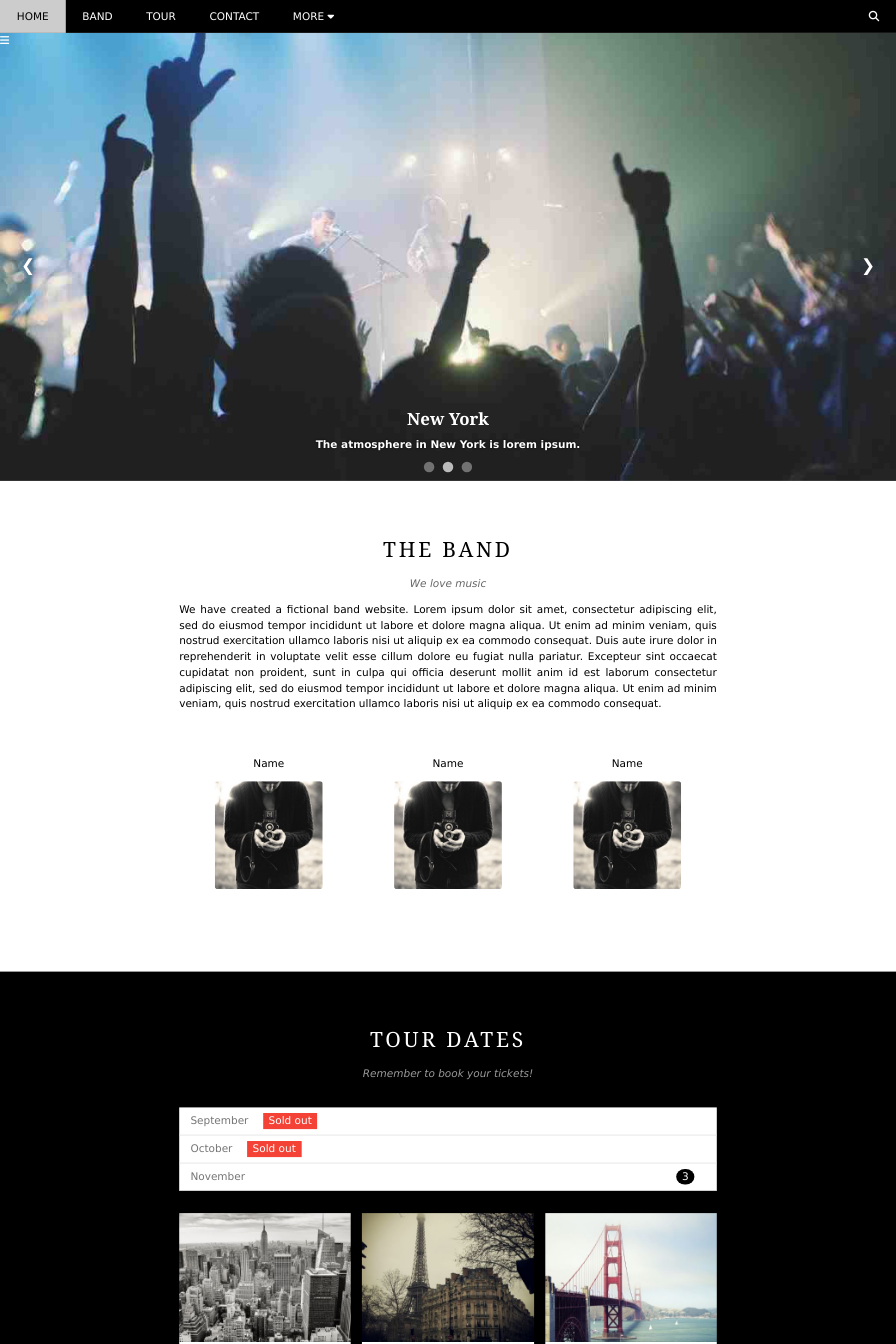
Repository: tam1512/The-Band
Page: index.html
These files come from the project's save history. The page is drawn as it stood at one moment and after the next save; the edit follows.
The browser window is 1280 px wide. The pictures show the part of the page from y = 0 to 1920 px (the page is 3641 px tall), at 70% of full size.
Empty fields were first filled with sample values (such as "Sample", 5 or name@example.com).
After loading, the first visible `div.main-menu` was clicked once.
Some web libraries are served in a nearby version.

Above is the page before, as saved 2022-07-28 11:34:55.

### index.html
<!DOCTYPE html>
<html lang="en">
  <head>
    <meta charset="UTF-8" />
    <meta http-equiv="X-UA-Compatible" content="IE=edge" />
    <meta name="viewport" content="width=device-width, initial-scale=1.0" />
    <link
      rel="stylesheet"
      href="https://cdnjs.cloudflare.com/ajax/libs/font-awesome/6.1.1/css/all.min.css"
      integrity="sha512-KfkfwYDsLkIlwQp6LFnl8zNdLGxu9YAA1QvwINks4PhcElQSvqcyVLLD9aMhXd13uQjoXtEKNosOWaZqXgel0g=="
      crossorigin="anonymous"
      referrerpolicy="no-referrer"
    />
    <link rel="stylesheet" href="./assets/css/style.css" />
    <link rel="stylesheet" href="assets/css/responsive.css">
    <title>The Band</title>
  </head>
  <body>
    <div class="container">
      <!-- header -->
      <div class="header" id="home">
        <ul class="header_nav">
          <li><a href="#">HOME</a></li>
          <li><a href="#band">BAND</a></li>
          <li><a href="#tour">TOUR</a></li>
          <li><a href="#contact">CONTACT</a></li>
          <li class="header_nav_dropdown">
            <a href="javascript:void(0)" class="dropbtn">
              MORE
              <i class="fa-solid fa-caret-down"></i>
            </a>
            <div class="dropdown-content">
              <a href="#">Merchandise</a>
              <a href="#">Extras</a>
              <a href="#">Media</a>
            </div>
          </li>
        </ul>
        <div id="header_search">
          <i class="fa-solid fa-magnifying-glass text-white"></i>
        </div>
        <div class="main-menu text-white" title="Main menu" data-choose="false">
          <i class="fa-solid fa-bars"></i>
        </div>
      </div>
      <!-- Slideshow container -->
      <div class="slider">
        <!-- Full-width image with caption text -->
        <div class="slider_slides-cont">
          <div class="slider_slide">
            <img src="assets/img/la.jpg" alt="Los Angeles" />
            <div class="text padding-32-16 text-white">
              <h3 class="fz-24 margin-10-0">Los Angeles</h3>
              <p class="margin-15-0">
                <b class="text-shadow">We had the bes time playing at Venice Beach!</b>
              </p>
            </div>
          </div>

          <div class="slider_slide">
            <img src="assets/img/ny.jpg" alt="New York" />
            <div class="text padding-32-16 text-white">
              <h3 class="fz-24 margin-10-0">New York</h3>
              <p class="margin-15-0">
                <b class="text-shadow">The atmosphere in New York is lorem ipsum.</b>
              </p>
            </div>
          </div>

          <div class="slider_slide">
            <img src="assets/img/chicago.jpg" alt="Chicago" />
            <div class="text padding-32-16 text-white">
              <h3 class="fz-24 margin-10-0">Chicago</h3>
              <p class="margin-15-0">
                <b class="text-shadow">Thank you, Chicago - A night we won't forget</b>
              </p>
            </div>
          </div>
        </div>

        <!-- The pagination/circles -->
         <div class="slider_pagination"></div>

        <!-- Next and previous buttons (navigatin slide)-->
        <a class="prev">&#10094</a>
        <a class="next">&#10095</a>
      </div>
      <div class="content">
          <div class="padding-64-16 text-center" id="band">
            <h2 class="tilte fz-30 margin-10-0">THE BAND</h2>
            <p class="margin-15-0"><i class="sub-title opacity">We love music</i></p>
            <p class="band_content margin-15-0 text-justify">We have created a fictional band website. Lorem ipsum dolor sit amet, consectetur adipiscing elit, sed do eiusmod tempor incididunt ut labore et dolore magna aliqua. Ut enim ad minim veniam, quis nostrud exercitation ullamco laboris nisi ut aliquip ex ea commodo consequat. Duis aute irure dolor in reprehenderit in voluptate velit esse cillum dolore eu fugiat nulla pariatur. Excepteur sint occaecat cupidatat non proident, sunt in culpa qui officia deserunt mollit anim id est laborum consectetur adipiscing elit, sed do eiusmod tempor incididunt ut labore et dolore magna aliqua. Ut enim ad minim veniam, quis nostrud exercitation ullamco laboris nisi ut aliquip ex ea commodo consequat.</p>
            <div class="row band_members padding-32-0">
              <div class="third band_member m-full">
                <p class="margin-15-0">Name</p>
                <img src="assets/img/bandmember.jpg" alt="band member" class="band_member_img margin-bottom-16">
              </div>
              <div class="third band_member m-full">
                <p class="margin-15-0">Name</p>
                <img src="assets/img/bandmember.jpg" alt="band member" class="band_member_img margin-bottom-16">
              </div>
              <div class="third band_member m-full">
                <p class="margin-15-0">Name</p>
                <img src="assets/img/bandmember.jpg" alt="band member" class="band_member_img margin-bottom-16">
              </div>
            </div>
          </div>
          <div class="backgroud-black" id="tour">
            <div class="tour-container padding-64-16 text-center text-white">
              <h2 class="tilte fz-30 margin-10-0">TOUR DATES</h2>
              <p class="margin-15-0"><i class="sub-title opacity">Remember to book your tickets!</i></p>
              <br>
              <ul class="list-month backgroud-white">
                <li class="month-item padding-8-16 boder-bottom">
                  <p class="month text-grey">September</p>
                  <span class="ticket-sold-out text-white">Sold out</span>
                </li>
                <li class="month-item padding-8-16 boder-bottom">
                  <p class="month text-grey">October</p>
                  <span class="ticket-sold-out text-white">Sold out</span>
                </li>
                <li class="month-item padding-8-16 boder-bottom">
                  <p class="month text-grey">November</p>
                  <span class="ticket-still text-white">3</span>
                </li>
              </ul>

              <div class="row ticket-list padding-32-8">
                <div class="ticket-wrap third margin-bottom-16 padding-0-8 m-full">
                  <img class="ticket-img img" src="assets/img/newyork.jpg" alt="Ticket New Yourk">
                  <div class="ticket-content padding-0-16 backgroud-white text-left">
                    <p class="ticket-name margin-15-0 text-black"><b>New Yourk</b></p>
                    <p class="ticket-time margin-15-0 text-grey">Fri 27 Nov 2016</p>
                    <p class="ticket-desc margin-15-0 text-black">Praesent tincidunt sed tellus ut rutrum sed vitae justo.</p>
                    <button class="btn-buy-ticket btn margin-bottom-16">Buy Ticket</button>
                  </div>
                </div>
                <div class="ticket-wrap third margin-bottom-16 padding-0-8 m-full">
                  <img class="ticket-img img" src="assets/img/paris.jpg" alt="Ticket Chicago">
                  <div class="ticket-content padding-0-16 backgroud-white text-left">
                    <p class="ticket-name margin-15-0 text-black"><b>Paris</b></p>
                    <p class="ticket-time margin-15-0 text-grey">Sat 28 Nov 2016</p>
                    <p class="ticket-desc margin-15-0 text-black">Praesent tincidunt sed tellus ut rutrum sed vitae justo.</p>
                    <button class="btn-buy-ticket btn margin-bottom-16">Buy Ticket</button>
                  </div>
                </div>
                <div class="ticket-wrap third margin-bottom-16 padding-0-8 m-full">
                  <img class="ticket-img img" src="assets/img/sanfran.jpg" alt="Ticket San Francisco">
                  <div class="ticket-content padding-0-16 backgroud-white text-left">
                    <p class="ticket-name margin-15-0 text-black"><b>San Francisco</b></p>
                    <p class="ticket-time margin-15-0 text-grey">Sun 29 Nov 2016</p>
                    <p class="ticket-desc margin-15-0 text-black">Praesent tincidunt sed tellus ut rutrum sed vitae justo.</p>
                    <button class="btn-buy-ticket btn margin-bottom-16">Buy Ticket</button>
                  </div>
                </div>
              </div>
            </div>
          </div>
          <div class="padding-64-16 text-center" id="contact">
            <h2 class="tilte fz-30 margin-10-0">CONTACT</h2>
            <p class="margin-15-0"><i class="sub-title opacity">Fan? Drop a note!</i></p>
            <div class="row padding-32-0">
              <div class="contact_content half margin-bottom-16 text-left">
                <p class="margin-bottom-8" id="contact_adress">
                  <i class="fa-solid fa-location-dot"></i>
                  Chicago, US
                </p>
                <p class="margin-bottom-8" id="contact_phone">
                  <i class="fa-solid fa-phone"></i>
                  Phone: <a href="tel:+00 151515">+00 151515</a>
                </p>
                <p class="margin-bottom-8" id="contact_email">
                  <i class="fa-solid fa-envelope"></i>
                  Email: <a href="mailto:mail@mail.com">mail@mail.com</a>
                </p>
              </div>
              <div class="contact_form half row s-m-full">
                <form >
                  <div class="row row-padding name_email_form">
                    <div class="half m-full m-mr-bottom-8">
                      <input type="text" name="contact_name" id="contact_name" class="input full" placeholder="Name" required>
                    </div>
                    <div class="half m-full">
                      <input type="email" name="contact_email" id="contact_email" class="input full" placeholder="Email" required>
                    </div>
                  </div>
                  <input type="text" name="contact_message" id="contact_message" class="full input" placeholder="Message" required>
                  <input type="submit" class="btn right margin-16-0" value="SEND"></input>
                </form>
              </div>
            </div>
          </div>
          <!-- img of location/ map -->
          <img src="assets/img/map.jpg" alt="Location/Map" class="img-map img">
      </div>
      <div class="footer padding-64-16 text-center text-grey">
        <div class="social-media fz-24">
          <i class="fa-brands fa-facebook-square"></i>
          <i class="fa-brands fa-instagram"></i>
          <i class="fa-brands fa-snapchat"></i>
          <i class="fa-brands fa-pinterest-p"></i>
          <i class="fa-brands fa-twitter"></i>
          <i class="fa-brands fa-linkedin-in"></i>
        </div>
        <p class="powered margin-15-0">
          Powered by
          <a class="text-grey" href="javascript:void(0);" target="_blank">w3.css</a>
        </p>
      </div>
    </div>
    <!-- Ticket modal -->
    <div id="ticketModal">
     <div class="ticket-modal-content">
       <div class="modal-heading padding-32-16">
         <span class="btn-ticket-out btn">&times;</span>
         <h2 class="ticket-title text-center text-white fz-30">
           <i class="fa-solid fa-suitcase"></i>
           Tickets
         </h2>
       </div>
       <form class="ticket-form padding-0-16">
         <label class="ticket-form-label margin-16-0" for="quantity_person">
           <i class="fa-solid fa-cart-shopping"></i>
           Tickets, $15 per person
         </label>
         <input type="text" class="input full" id="quantity_person" name="quantity_person" placeholder="How many?">
         <label class="ticket-form-label margin-16-0" for="email">
           <i class="fa-solid fa-user"></i>
           Send To
         </label>
         <input type="email" class="input full" id="email" name="email" placeholder="Enter email">
         <a href="javascipt:void(0)" class="big-btn btn margin-16-0">
           Pay
           <i class="fa-solid fa-check"></i>
         </a>
       </form>
       <div class="modal-footer padding-0-16">
         <button class="ticket-footer-close btn margin-16-0">
           Close
           <i class="fa-solid fa-xmark"></i>
         </button>
         <p class="ticket-help margin-15-0">
           Need
           <a href="javascript::void(0);">help?</a>
         </p>
       </div>
     </div>
    </div>
    <script src="assets/js/js.js"></script>
  </body>
</html>

### assets/css/responsive.css
/* PC */
@media (min-width: 1024px) {
}

/* tablet and mobile */
@media (max-width: 1023px) {
}

/* tablet */
@media (max-width: 1023px) and (min-width: 740px) {
}

/* mobile */
@media (max-width: 739px) {
  body {
    font-size: 17px;
  }

  .btn {
    padding: 13px 16px;
    width: 100%;
  }

  .m-full {
    width: 100%;
  }
  .m-mr-bottom-8 {
    margin-bottom: 8px;
  }

  /* header  */
  #header_search {
    display: none;
  }

  .main-menu {
    position: absolute;
    top: 0;
    right: 0;
    padding: 12px 24px;
  }

  .main-menu:hover {
    background-color: #ccc;
    cursor: pointer;
    color: #000;
  }

  .header_nav {
    display: block;
  }

  .header_nav > li {
    display: none;
    float: none;
  }

  .header_nav > li:first-child {
    display: block;
  }

  .dropdown-content {
    width: 100%;
  }
}

/* small-moblie */
@media (max-width: 636px) {
  .s-m-full {
    width: 100%;
  }
}

### assets/js/js.js
let currentIndex = 0;
let newIndex = 0;
let autoplay = true;

//tạo một object cho việc tự động chuyển slide
let Autoplay = {
  timerID: null,
  interval: 4000,

  start: function () {
    this.timerID = setInterval(function () {
      newIndex++;
      navigateSlider();
    }, this.interval);
  },

  reset: function () {
    clearInterval(this.timerID);
    this.start();
  },
};

let slideElements = document.getElementsByClassName("slider_slide");
let slidesLength = slideElements.length;
let paginationElement = document.getElementsByClassName("slider_pagination")[0];
let prevElement = document.getElementsByClassName("prev")[0];
let nextElement = document.getElementsByClassName("next")[0];
// variable modal
let modal = document.getElementById("ticketModal");
let headerModalOut = document.getElementsByClassName("btn-ticket-out")[0];
let footerModalOut = document.getElementsByClassName("ticket-footer-close")[0];
let btnBuyTickets = document.getElementsByClassName("btn-buy-ticket");

// Header
let mainMenuElement = document.getElementsByClassName("main-menu")[0];
let itemNavElements = document.querySelectorAll(".header_nav li");

// hien menu khi an vao nut main-menu
mainMenuElement.addEventListener("click", (e) => {
  let target = e.target;
  if (Boolean(target.getAttribute("data-chooes")) == false) {
    for (let i = 0; i < itemNavElements.length; i++) {
      itemNavElements[i].style.display = "block";
    }

    mainMenuElement.dataset.choose = "true";
  } else {
    for (let i = 0; i < itemNavElements.length; i++) {
      itemNavElements[i].style.display = "none";
    }
  }
});

// SLIDER
// lấy sự kiện click của 2 nut prev và next
prevElement.addEventListener("click", function () {
  newIndex--;
  navigateSlider();
});

nextElement.addEventListener("click", function () {
  newIndex++;
  navigateSlider();
});

// tạo số dot tương ứng với số slide
paginationHTML = [];
for (let i = 0; i < slidesLength; i++) {
  paginationHTML.push(
    `<span class="slider_pagination_btn" data-index="${i}"></span>`
  );
}
// Thêm paginationHTML vào bên trong thẻ HTML
paginationElement.innerHTML = paginationHTML.join("");

//kiểm tra xem đã có phần tử chứa class="slider_pagination_btn" chưa? nếu có lấy giá trị trong data-index của nó gán cho newIndex
paginationElement.addEventListener("click", function (e) {
  let target = e.target;
  if (target.classList.contains("slider_pagination_btn")) {
    newIndex = Number(target.getAttribute("data-index"));
    navigateSlider();
  }
});

// Hàm hiện thị slide
function navigateSlider() {
  // Kiểm tra để newIndex luôn nằm trong khoảng từ 0 -> slideLength
  if (newIndex < 0) {
    newIndex = slidesLength - 1;
  } else if (newIndex > slidesLength - 1) {
    newIndex = 0;
  }

  //Thêm và xóa slider_pagination_btn--sel
  paginationElement.childNodes[currentIndex].classList.remove(
    "slider_pagination_btn--sel"
  );
  paginationElement.childNodes[newIndex].classList.add(
    "slider_pagination_btn--sel"
  );

  //reset interval(khoảng thời gian) để slide không gặp vấn đề về chuyển đổi
  if (autoplay) {
    Autoplay.reset();
  }

  //Ẩn slide trước và hiện slide cần hiện
  slideElements[currentIndex].style.display = "none";
  slideElements[newIndex].style.display = "block";

  currentIndex = newIndex;
}

// thiết lập autoplay cho slider
if (autoplay) {
  Autoplay.start();
}

// khi load page sẽ bị lỗi hiển thị ban đầu, đây là cách giải quyết
navigateSlider();

// END SLIDER

// MODAL

for (let i = 0; i < btnBuyTickets.length; i++) {
  btnBuyTickets[i].addEventListener("click", () => {
    openModal();
  });
}

headerModalOut.addEventListener("click", function () {
  outMoDal();
});
footerModalOut.addEventListener("click", function () {
  outMoDal();
});

window.addEventListener("click", function (e) {
  if (e.target == modal) {
    outMoDal();
  }
});

function openModal() {
  modal.style.display = "block";
}

function outMoDal() {
  modal.style.display = "none";
}

Loaded but not shown: assets/css/style.css (554 lines, source omitted)

After the next save:
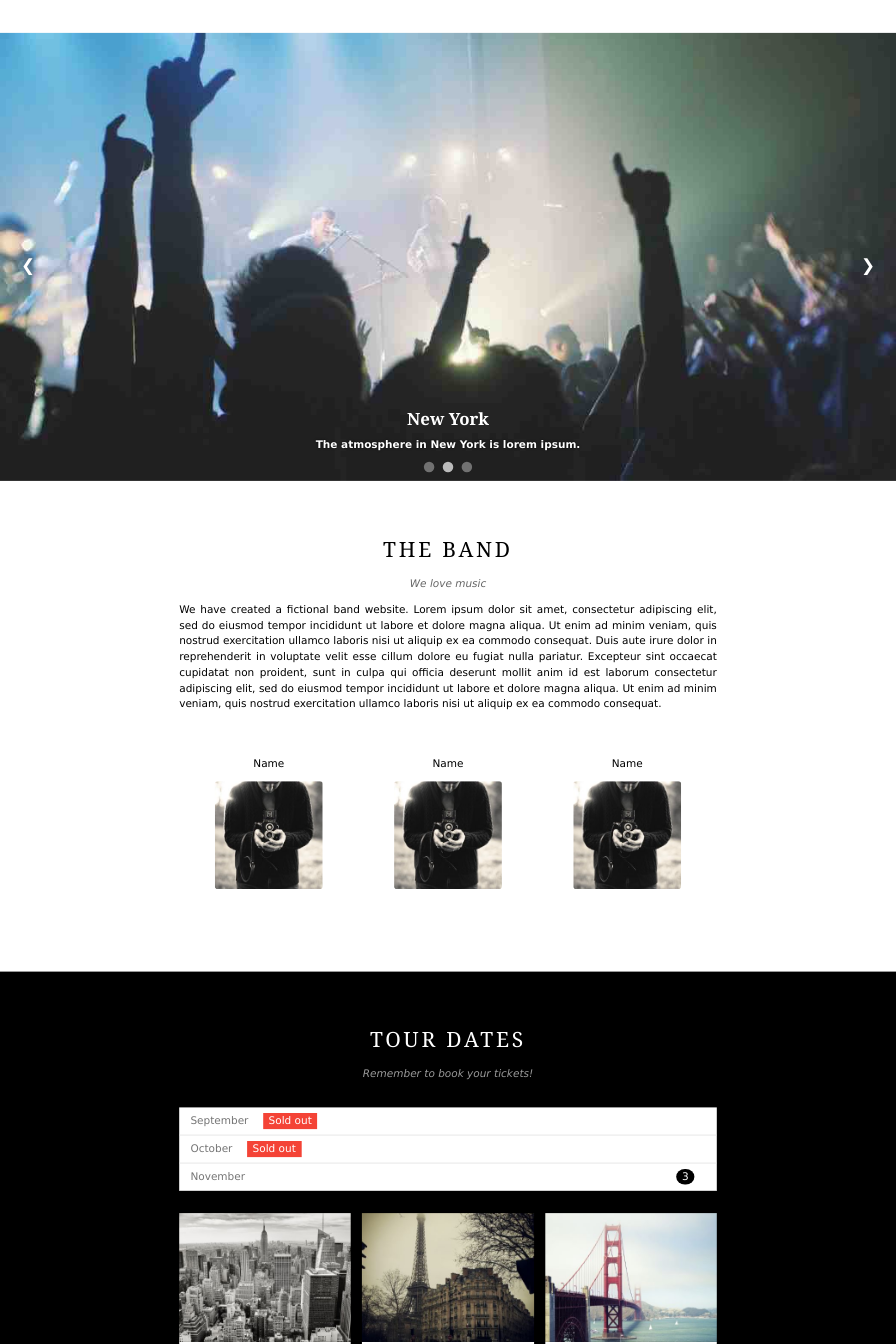
Saved 62 s later.
--- a/assets/js/js.js
+++ b/assets/js/js.js
@@ -37,8 +37,8 @@ let itemNavElements = document.querySelectorAll(".header_nav li");
 
 // hien menu khi an vao nut main-menu
 mainMenuElement.addEventListener("click", (e) => {
-  let target = e.target;
-  if (Boolean(target.getAttribute("data-chooes")) == false) {
+  // let target = e.target target.getAttribute("data-chooes");
+  if (Boolean(mainMenuElement.dataset.choose) == false) {
     for (let i = 0; i < itemNavElements.length; i++) {
       itemNavElements[i].style.display = "block";
     }

After the save that followed:
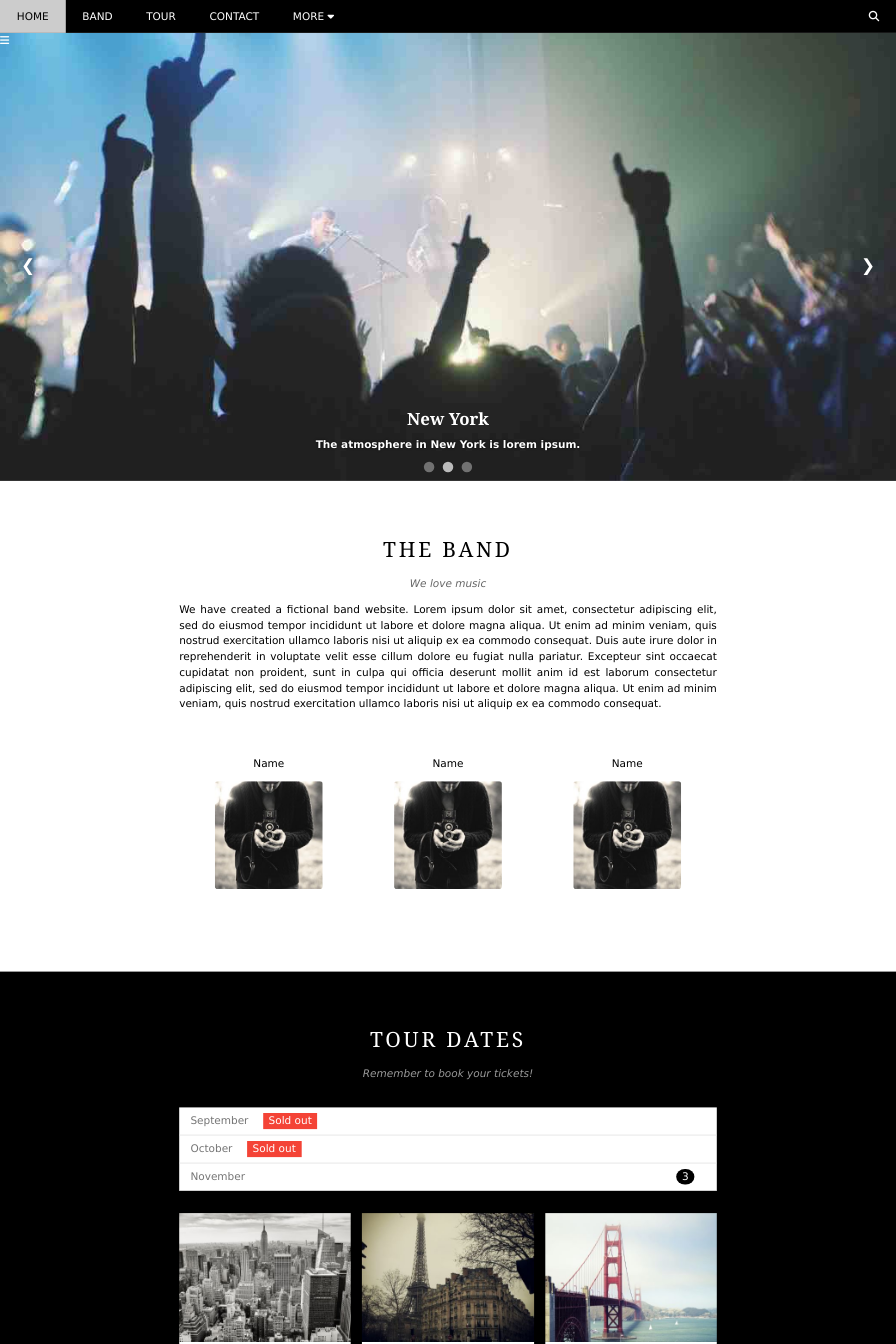
Saved 20 s later.
--- a/assets/js/js.js
+++ b/assets/js/js.js
@@ -37,8 +37,8 @@ let itemNavElements = document.querySelectorAll(".header_nav li");
 
 // hien menu khi an vao nut main-menu
 mainMenuElement.addEventListener("click", (e) => {
-  // let target = e.target target.getAttribute("data-chooes");
-  if (Boolean(mainMenuElement.dataset.choose) == false) {
+  let target = e.target;
+  if (Boolean(target.getAttribute("data-chooes")) == false) {
     for (let i = 0; i < itemNavElements.length; i++) {
       itemNavElements[i].style.display = "block";
     }
